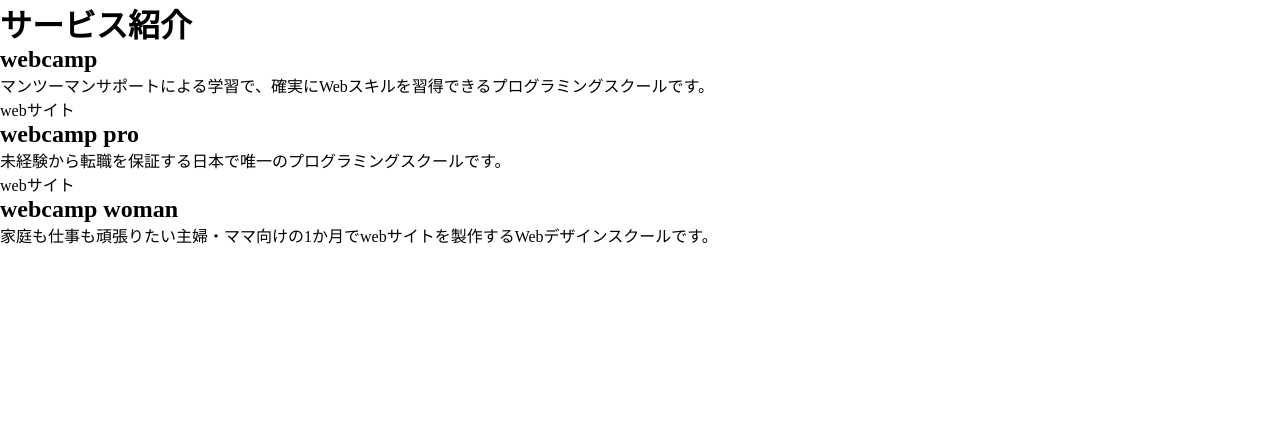
Repository: newyorkey/exercise1
Page: work2/work2.html
The author's editor kept a record of every edit. The page is drawn from the files as they stood at one moment, then again after the next edit.
The browser window is 1280 px wide. The pictures show the whole page.

Above is the page before.

### work2/work2.html
<DOCTYPE HTML>

<html lang="ja">

  <head>

   <meta charset="UTF-8"/>

    <title>webcampのサービス紹介</title>

    <link rel="stylesheet" href="style.css"/>

   <h1>サービス紹介</h1>

    <h2>webcamp</h2>

    <p>マンツーマンサポートによる学習で、確実にWebスキルを習得できるプログラミングスクールです。</p>

    <a>webサイト</a>

  <h2>webcamp pro </h2>

    <p>未経験から転職を保証する日本で唯一のプログラミングスクールです。</p

    <a>webサイト</a>

  <h2>webcamp woman</h2>

<p>家庭も仕事も頑張りたい主婦・ママ向けの1か月でwebサイトを製作するWebデザインスクールです。</p>



  </head>

</html>

### style.css
* {
  box-sizing: border-box;
  margin: 0;
  padding: 0;
}


header {
 height: 50px;
  background-color: #ff9a4b;
}

main {
  width: 960px;
  margin: 50px auto;
  display: flex;
}

.step-box {
  width: 300px;
  margin-right: 30px;
  padding: 10px;
  position: relative;
  background-color: #eee;
}

.step-box:last-child {
  margin-right: 0;
}

.step-img1 {
  height: 150px;
  background-image: url(img/flow01.png);
  background-position: bottom;
  background-size: cover;
}


.step-img2 {
  height: 150px;
  background-image: url(img/flow02.png);
  background-position: bottom;
  background-size: cover;
}

.step-img3 {
  height: 150px;
  background-image: url(img/flow03.png);
  background-position: bottom;
  background-size: cover;
}

.step-num {
  position: absolute;
  top: 0;
  left: 0;
  background-color: #ff9a4b;
  color: #fff;
}

.title {
  margin: 15px 0 5px;
}

footer {
  height: 50px;
  background-color: #aaa;
}


@media screen and (max-width: 768px) {

header {
  height: 50px;
  width: 100%;
}





.step-box {
    width: 90%;

}



 main {
   flex-direction: column;

}

}

### work2/work2.css
h1{

  color: orange;
}

After the next edit:
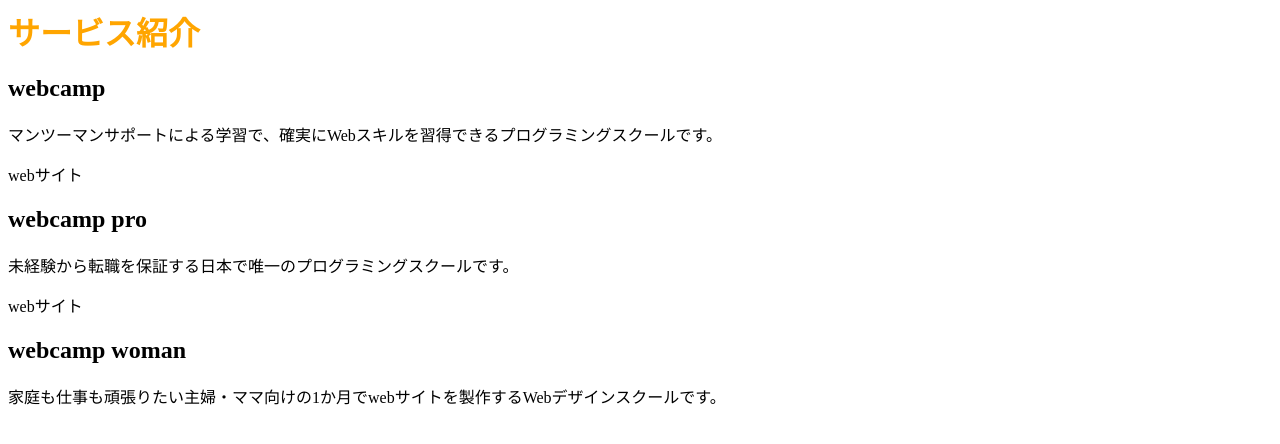
The edit:
--- a/work2/work2.html
+++ b/work2/work2.html
@@ -8,7 +8,7 @@
 
     <title>webcampのサービス紹介</title>
 
-    <link rel="stylesheet" href="style.css"/>
+    <link rel="stylesheet" href="work2.css"/>
 
    <h1>サービス紹介</h1>
 
